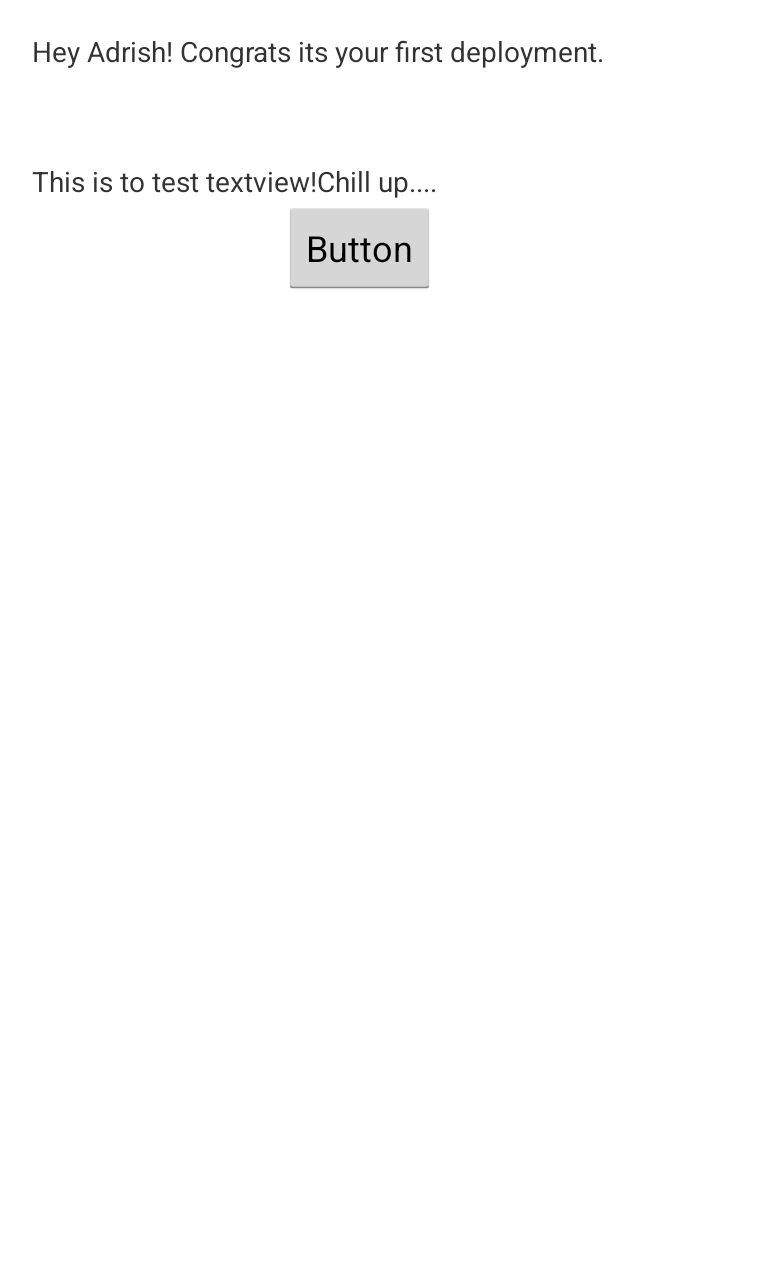
Repository: adrish00/android_learning
Layout: Demo000Ex1MyFirstAppEx/res/layout/activity_corp_activity_one.xml
These files come from the project's save history. The layout is drawn as it stood at one moment and after the next save; the edit follows.
It is drawn on a 768 x 1280 px phone screen (xhdpi) without system bars, with theme AppTheme; the app's code is not run.

Above is the layout before, as saved 2015-09-04 21:43:51.

After the next save:
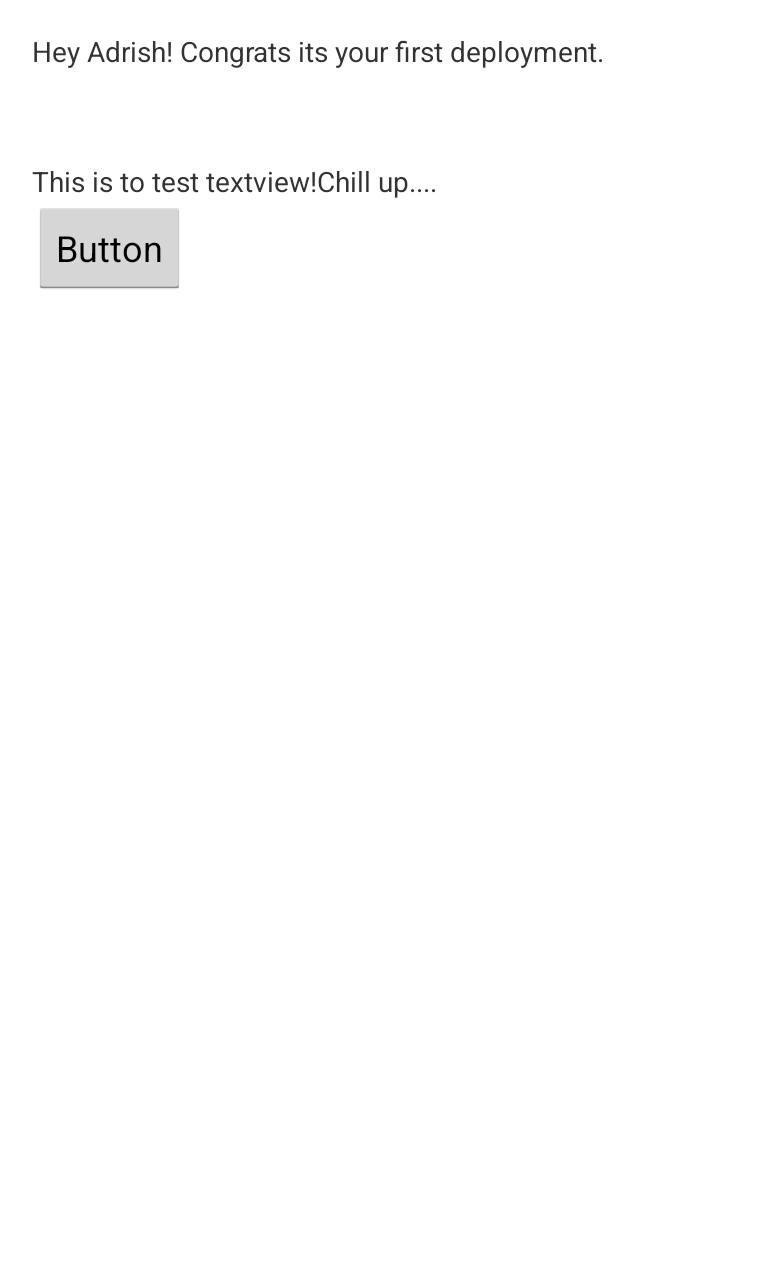
Saved 32 s later.
--- a/Demo000Ex1MyFirstAppEx/res/layout/activity_corp_activity_one.xml
+++ b/Demo000Ex1MyFirstAppEx/res/layout/activity_corp_activity_one.xml
@@ -32,7 +32,6 @@
         <Button
             android:id="@+id/button1"
             android:layout_column="0"
-            android:layout_gravity="right|top"
             android:layout_row="1"
             android:text="Button" />
     </GridLayout>
